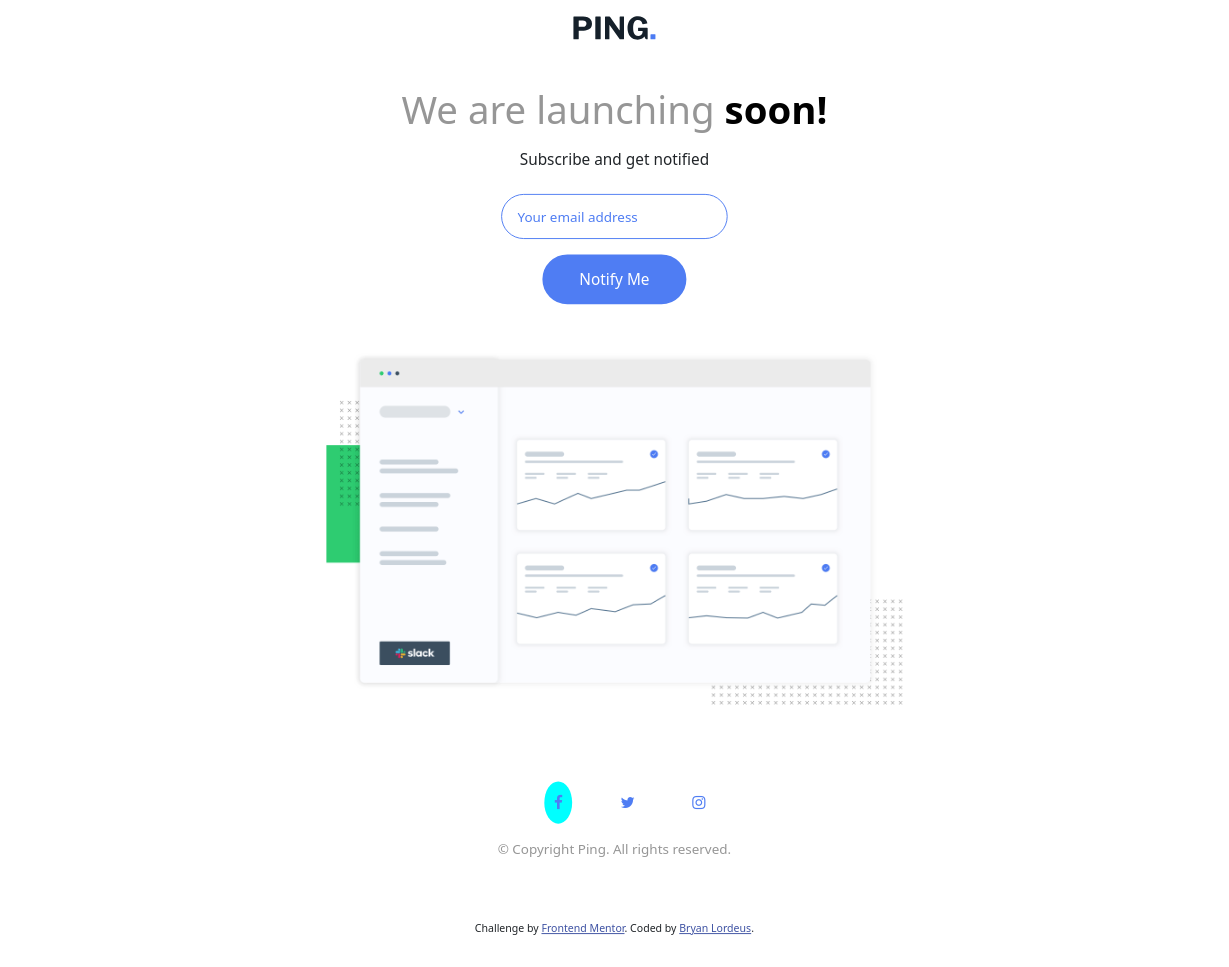
Repository: blordeus/ping-coming-soon-page-master
Page: index.html
These files come from the project's save history. The page is drawn as it stood at one moment and after a run of saves; the edit follows.
The browser window is 1280 px wide. The pictures show the whole page, at 96% of full size.
The pointer rests on the first visible `.icons ul li`.
The style sheet was rebuilt from its Sass, Less or Tailwind sources for each picture, by a compiler version that may differ from the author's.

Above is the page before, as saved 2023-08-31 12:14:23.

After the next 6 saves:
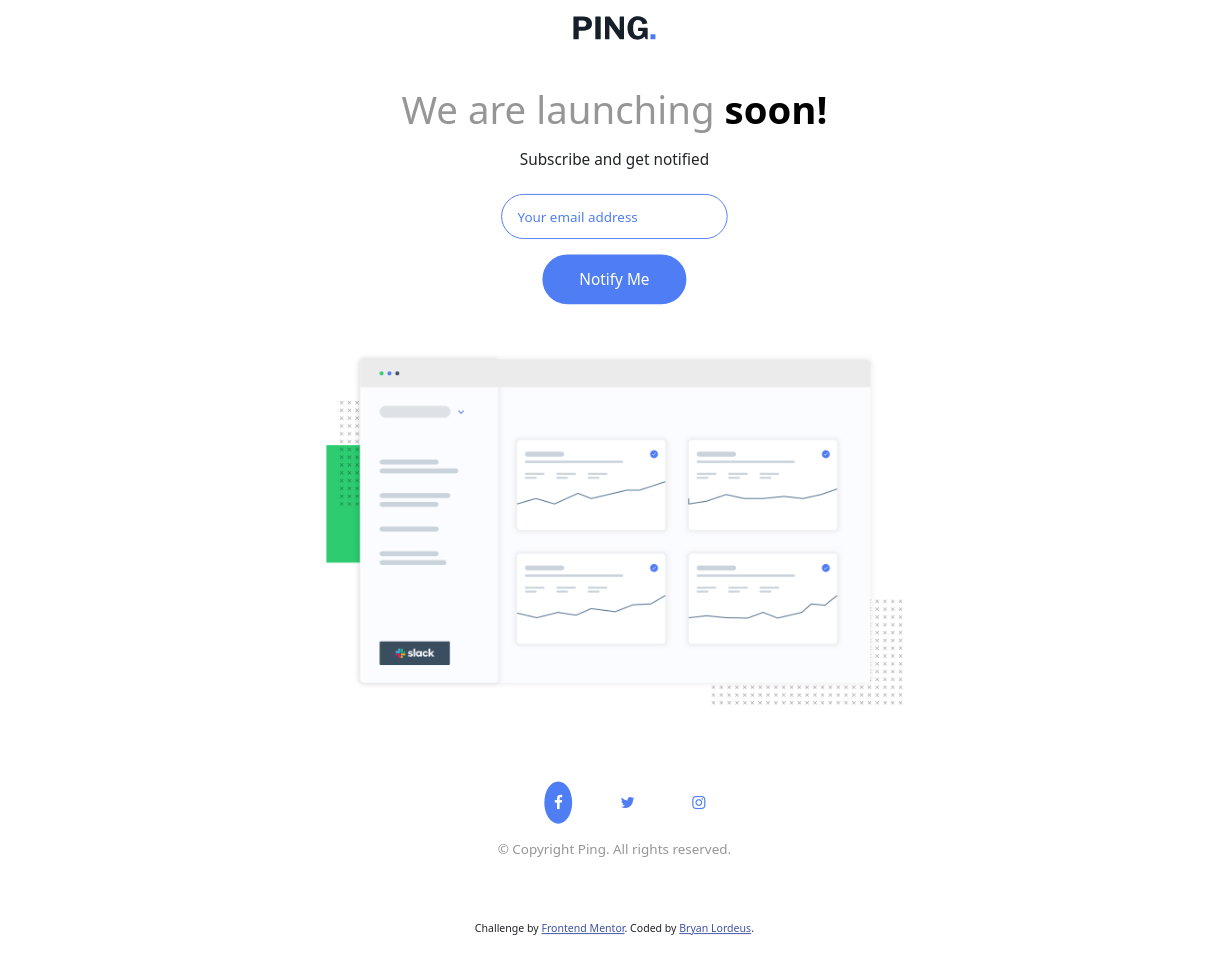
The 6 saves are shown as one change because they came seconds apart.
The last was saved 39 s later.
--- a/style.scss
+++ b/style.scss
@@ -96,7 +96,8 @@
 
 .icons ul li:hover {
     border-radius: 50%;
-    background-color:aqua;
+    background-color: var(--blue);
+    color: white;
 }
 
 .copyright {
